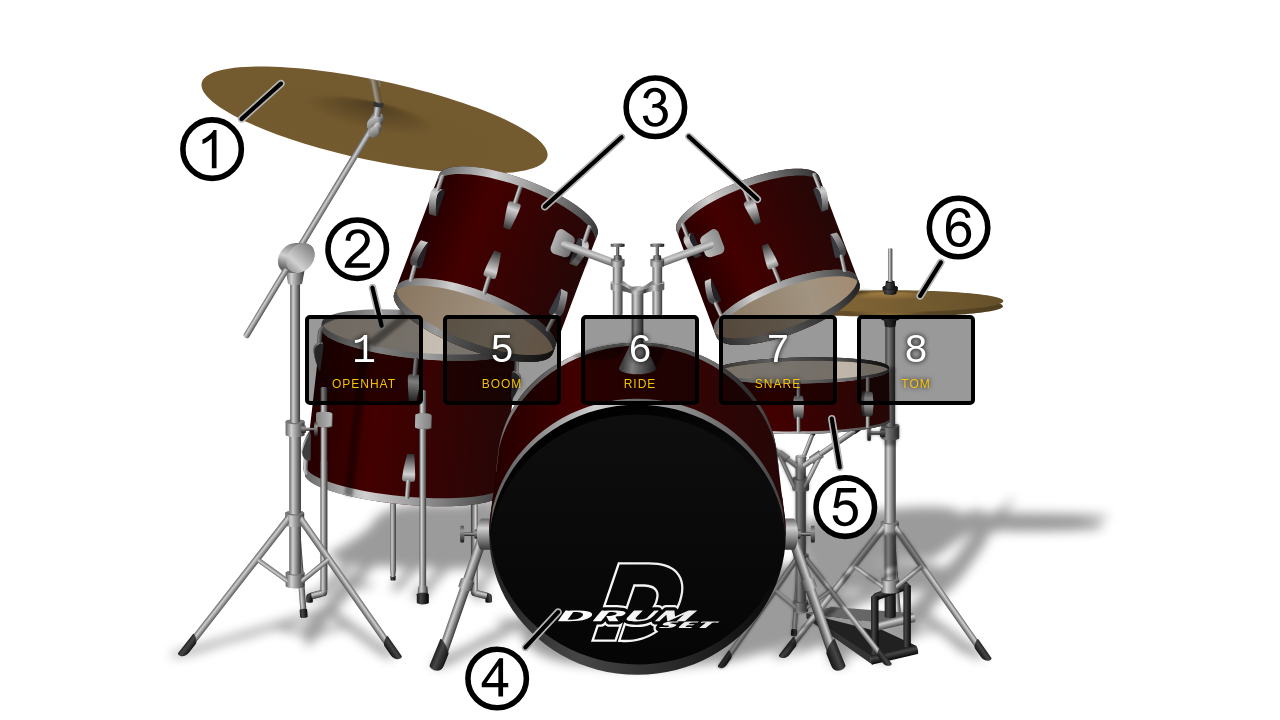
Repository: polishchuk404/drum-kit
Page: index.html
An editor plug-in stored every save of this project. The page is shown before and after the next save, followed by the edit.
The browser window is 1280 px wide. The pictures show the whole page.

Above is the page before, as saved 2020-10-12 13:50:21.

### index.html
<!DOCTYPE html>
<html lang="en">
<head>
  <meta charset="UTF-8">
  <title>drum-kit</title>
  <link rel="stylesheet" href="./style/style.css">
  <link rel="icon" type="image/x-icon" href="favicon.ico"></head>
<body>


  <div class="keys">
    <!-- <div data-key="97" class="key">
      <kbd>1</kbd>
      <span class="sound">clap</span>
    </div> -->
    <!-- <div data-key="97" class="key">
      <kbd>1</kbd>
      <span class="sound">hihat</span>
    </div> -->
    <div data-key="97" class="key">
      <kbd>1</kbd>
      <span class="sound">openhat</span>
    </div>
    <div data-key="101" class="key">
      <kbd>5</kbd>
      <span class="sound">boom</span>
    </div>
    <div data-key="102" class="key">
      <kbd>6</kbd>
      <span class="sound">ride</span>
    </div>
    <div data-key="103" class="key">
      <kbd>7</kbd>
      <span class="sound">snare</span>
    </div>
    <div data-key="104" class="key">
      <kbd>8</kbd>
      <span class="sound">tom</span>
    </div>
  </div>

  <!-- <audio data-key="97" src="./sounds/clap.wav"></audio> -->
  <!-- <audio data-key="97" src="./sounds/hihat.wav"></audio> -->
  <audio data-key="97" src="./sounds/openhat.wav"></audio>
  <audio data-key="101" src="./sounds/boom.wav"></audio>
  <audio data-key="102" src="./sounds/ride.wav"></audio>
  <audio data-key="103" src="./sounds/snare.wav"></audio>
  <audio data-key="104" src="./sounds/tom.wav"></audio>


  <script src="./js/main.js"></script>
</body>
</html>

### style/style.css
html {
  font-size: 10px;
  background: url('../drum_set.svg') center center no-repeat;
  background-size: contain;
}

body,html {
  margin: 0;
  padding: 0;
  font-family: sans-serif;
}

.keys {
  display: flex;
  flex: 1;
  min-height: 100vh;
  align-items: center;
  justify-content: center;
}

.key {
  border: .4rem solid black;
  border-radius: .5rem;
  margin: 1rem;
  font-size: 1.5rem;
  padding: 1rem .5rem;
  transition: all .07s ease;
  width: 10rem;
  text-align: center;
  color: white;
  background: rgba(0,0,0,0.4);
  text-shadow: 0 0 .5rem black;
}

.playing {
  transform: scale(1.1);
  border-color: #ffc600;
  box-shadow: 0 0 1rem #ffc600;
}

kbd {
  display: block;
  font-size: 4rem;
}

.sound {
  font-size: 1.2rem;
  text-transform: uppercase;
  letter-spacing: .1rem;
  color: #ffc600;
}

### js/main.js

  window.addEventListener('keyup', (e) => {
    const key = document.querySelector(`div[data-key="${e.keyCode}"]`);
    const sound = document.querySelector(`audio[data-key="${e.keyCode}"]`);
    if (!sound) return;
    sound.currentTime = 0;
    sound.play();
    key.classList.toggle('playing');
  });
  window.addEventListener('keydown', (e) => {
    const key = document.querySelector(`div[data-key="${e.keyCode}"]`);
    key.classList.toggle('playing')
  });

After the next save:
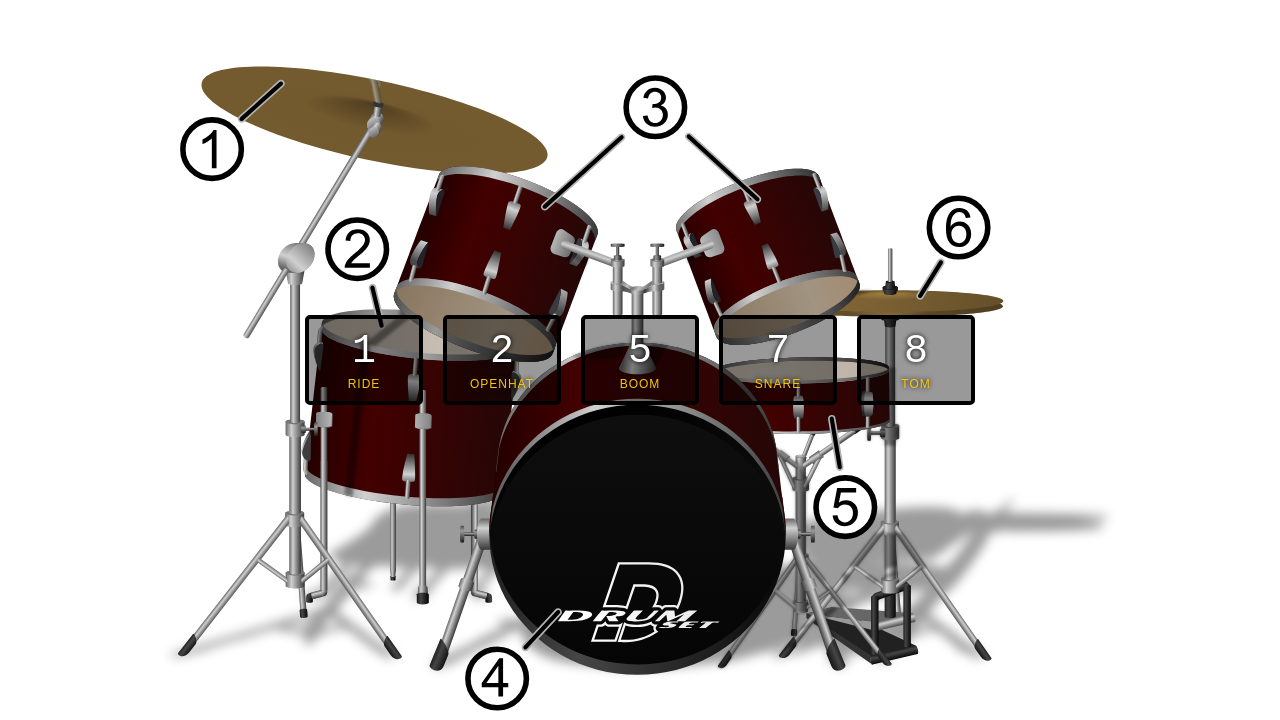
Saved 57 s later.
--- a/index.html
+++ b/index.html
@@ -19,16 +19,17 @@
     </div> -->
     <div data-key="97" class="key">
       <kbd>1</kbd>
+      <span class="sound">ride</span>
+    </div>
+    <div data-key="98" class="key">
+      <kbd>2</kbd>
       <span class="sound">openhat</span>
     </div>
     <div data-key="101" class="key">
       <kbd>5</kbd>
       <span class="sound">boom</span>
     </div>
-    <div data-key="102" class="key">
-      <kbd>6</kbd>
-      <span class="sound">ride</span>
-    </div>
+
     <div data-key="103" class="key">
       <kbd>7</kbd>
       <span class="sound">snare</span>
@@ -41,9 +42,9 @@
 
   <!-- <audio data-key="97" src="./sounds/clap.wav"></audio> -->
   <!-- <audio data-key="97" src="./sounds/hihat.wav"></audio> -->
-  <audio data-key="97" src="./sounds/openhat.wav"></audio>
+  <audio data-key="98" src="./sounds/openhat.wav"></audio>
   <audio data-key="101" src="./sounds/boom.wav"></audio>
-  <audio data-key="102" src="./sounds/ride.wav"></audio>
+  <audio data-key="97" src="./sounds/ride.wav"></audio>
   <audio data-key="103" src="./sounds/snare.wav"></audio>
   <audio data-key="104" src="./sounds/tom.wav"></audio>
 
